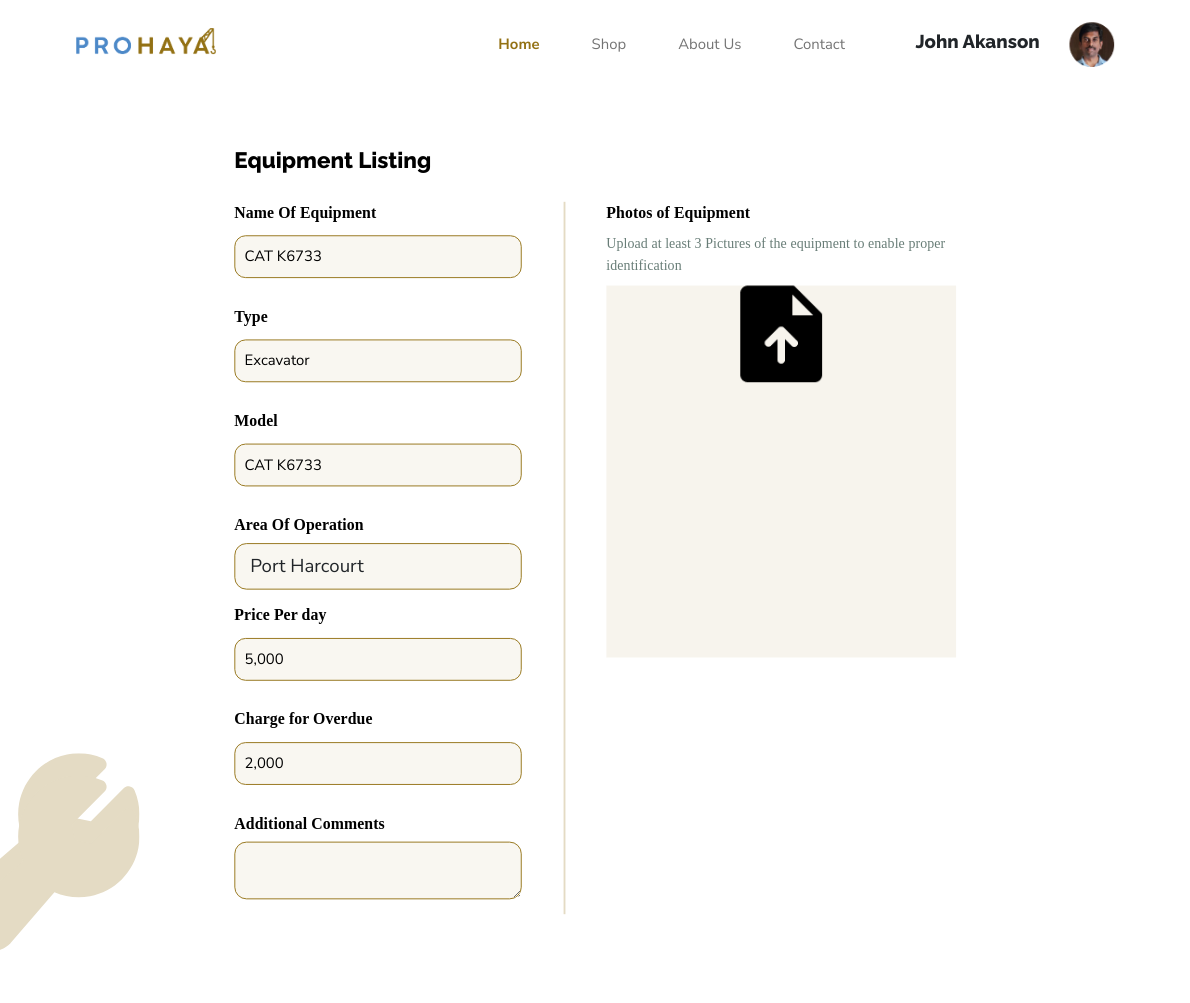
Repository: stormcelltech/Prohaya-UI
Page: Prohaya-UI/equipment_listing.html
The author's editor kept a copy of each file at every save. The page is drawn from the files as they stood at one save, then again after the next save.
The browser window is 1280 px wide. The pictures show the whole page, at 93% of full size.
Some web libraries are served in a nearby version.

Above is the page before, as saved 2022-04-14 05:02:59.
Console error: TypeError: $(...).owlCarousel is not a function

After the next save:
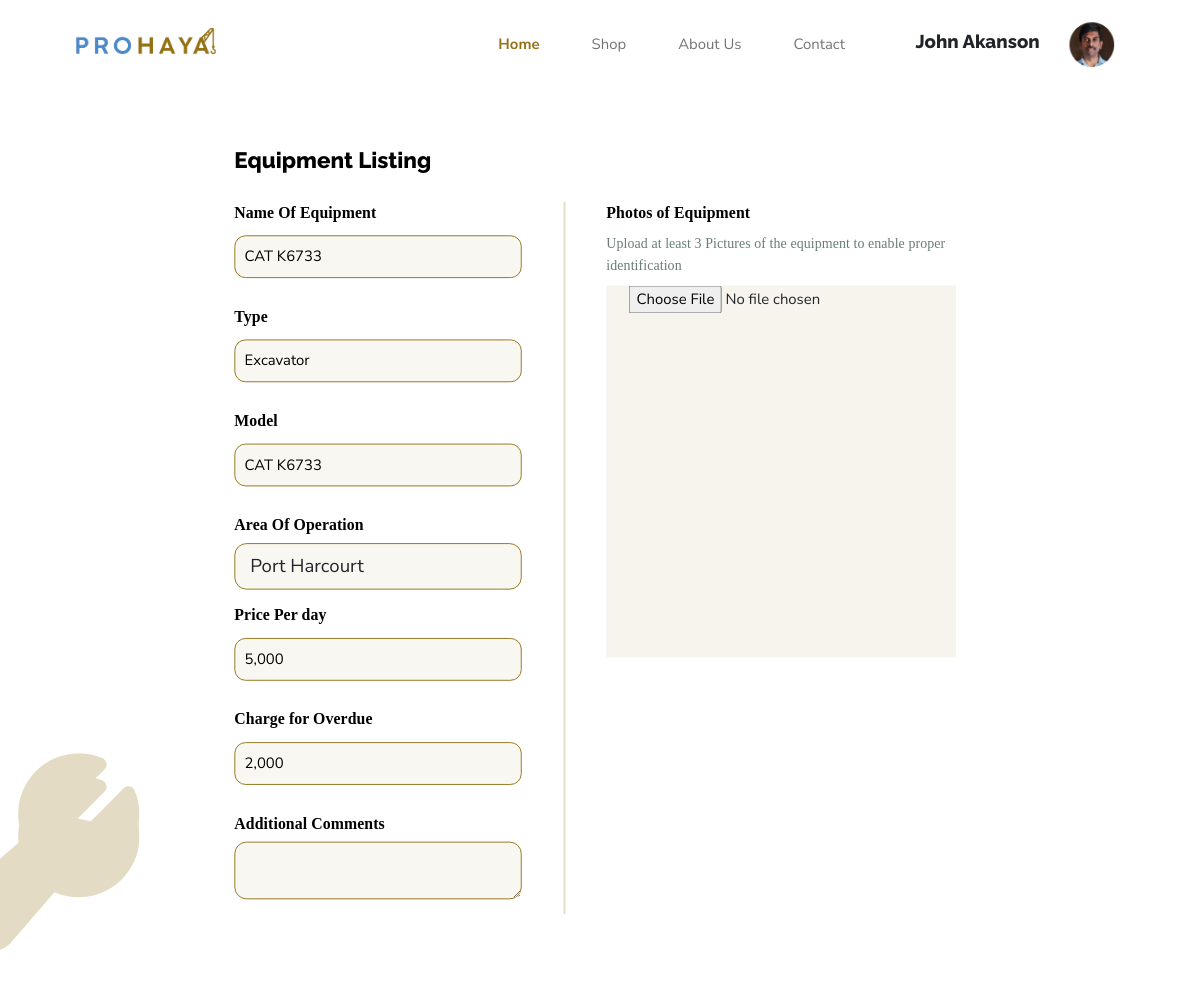
Saved 5 min 8 s later.
--- a/Prohaya-UI/equipment_listing.html
+++ b/Prohaya-UI/equipment_listing.html
@@ -110,7 +110,7 @@
                             <strong class="custom_photo_section">Photos of Equipment</strong>
                             <p class="custom-upload">Upload at least 3 Pictures of the equipment to enable proper identification</p>
                             <div class="custom-image-upload">
-                                <a href="#"><img src="./assets/img/icon/Vector.png" alt=""></a>
+                                <input type="file">
                             </div>
                         </div>
                     </div>
